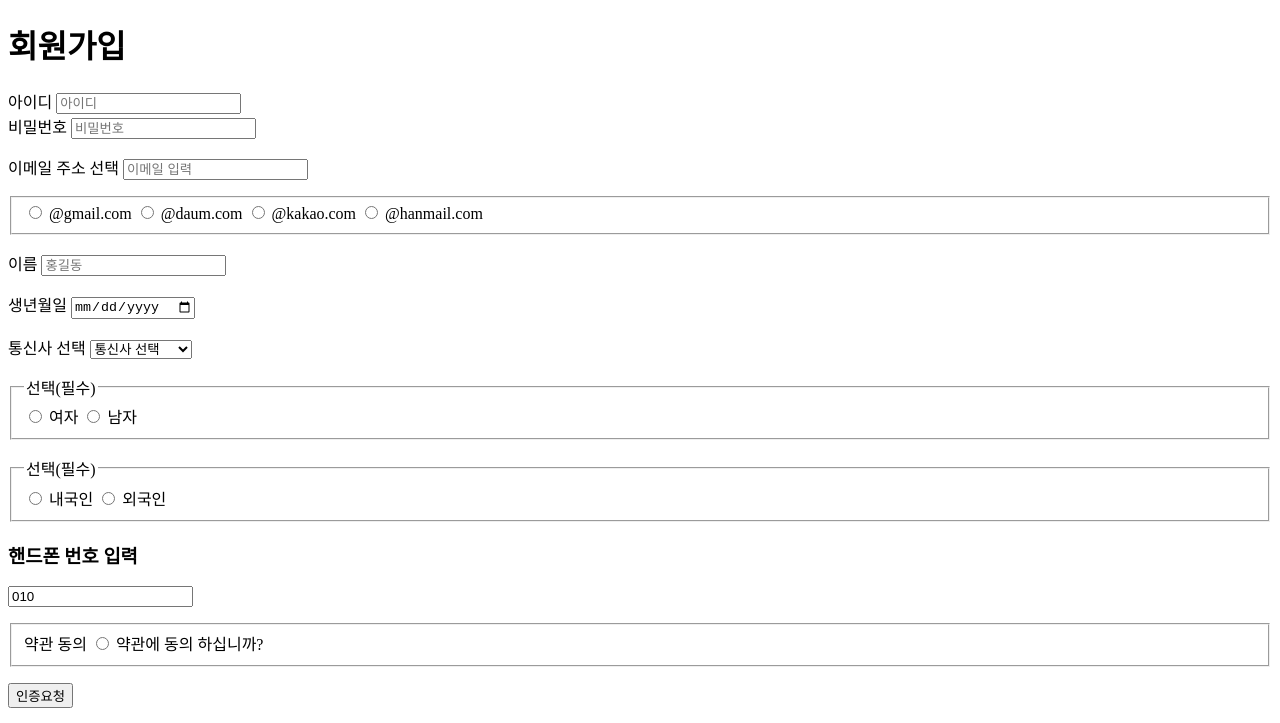
Repository: guswnsdldl/gb
Page: html workspace/h_form/src/main/webapp/join.html
An editor plug-in stored every save of this project. The page is shown before and after the next save, followed by the edit.
The browser window is 1280 px wide. The pictures show the whole page.

Above is the page before, as saved 2024-08-06 08:16:57.

### html workspace/h_form/src/main/webapp/join.html
<!DOCTYPE html>
<html>
<head>
<meta charset="UTF-8">
<title>join</title>
</head>
<body>
<h1>회원가입</h1>
<form>
<div> 아이디
<input type="text" name="user-id" placeholder="아이디" required><br>
비밀번호
<input type="password" name="user-password" placeholder="비밀번호">
</div>
<div> <p>이메일 주소 선택
<input type="text" name="user-email" placeholder="이메일 입력"><fieldset>
 <label><input type="radio" name="email" value="@gmail.com">
            @gmail.com</label>
  <label><input type="radio" name="email" value="@daum.com">
            @daum.com</label>
  <label><input type="radio" name="email" value="@kakao.com">
            @kakao.com</label>
  <label><input type="radio" name="email" value="@hanmail.com">
            @hanmail.com</label>
</fieldset>

</div>
<div>
<p>이름
<input type="text" name="user-name" placeholder="홍길동" required><br>
</div>
<div><p>
생년월일 <input type="date">
</div>

<div><p>
통신사 선택
<select name="select-telecom">
            <option value="" selected>통신사 선택</option>
            <option value="computer">KT</option>
            <option value="model">SKT</option>
            <option value="nurse">LG U+</option>
            <option value="music">KT 알뜰폰</option>
            <option value="mechanic">SKT 알뜰폰</option>
             <option value="mechanic">LG U+ 알뜰폰</option>
   </select>
</div>
<div>
<p><fieldset>
        <legend>선택(필수)</legend>
          <label> <input type="radio" name="gender" value="여자">
            여자
         </label><label> <input type="radio" name="gender" value="남자">
            남자
         </label>
      </fieldset>
</div>
<div>
<p><fieldset>
        <legend>선택(필수)</legend>
          <label> <input type="radio" name="from" value="korean">
            내국인
         </label><label> <input type="radio" name="from" value="foreigner">
            외국인
         </label>
      </fieldset>
</div>
<div>
<p><h3>핸드폰 번호 입력</h3>
<input type="tel" name="user-telephone" placeholder="전화번호" value="010" required>
</div>

<div><p>
 <fieldset>
 약관 동의
 <label> <input type="radio" name="agree" value="agree">
            약관에 동의 하십니까?</label>
</fieldset>
</div>
<div>
<p> <input type="button" value="인증요청" required>


</div>

</form>

</body>
</html>

After the next save:
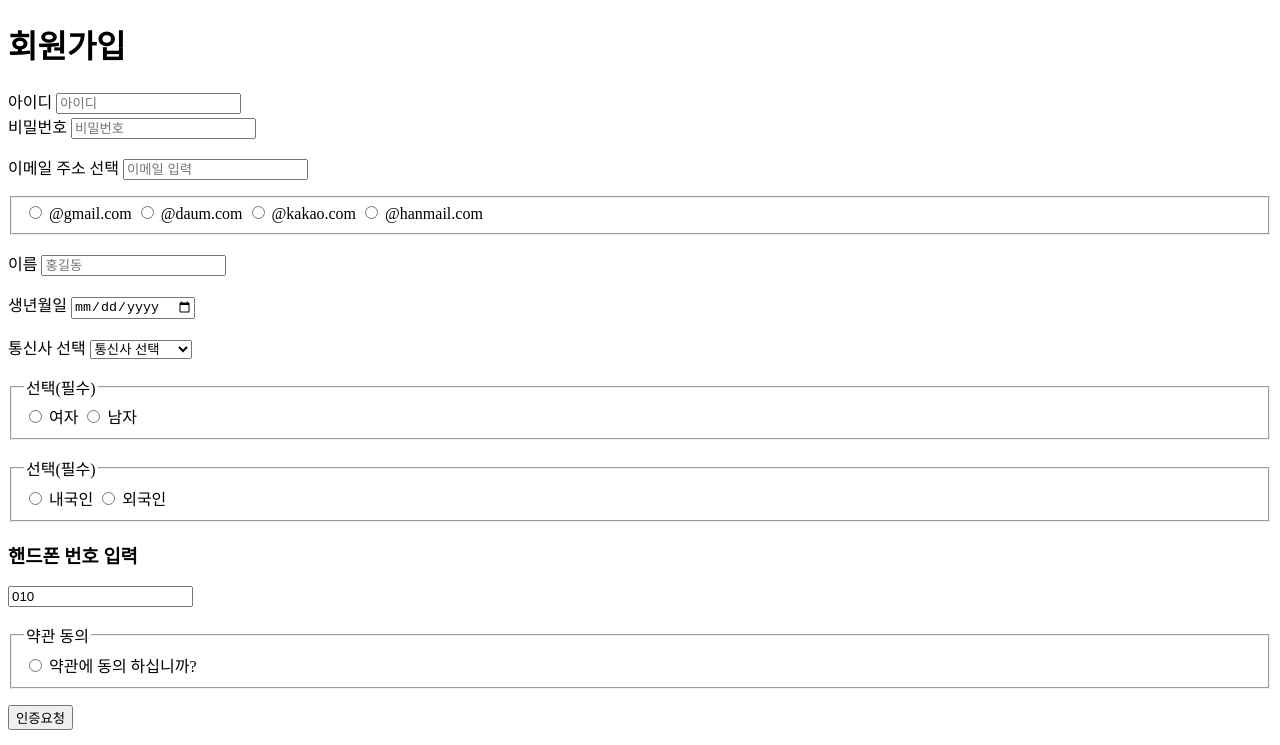
Saved 45 s later.
--- a/html workspace/h_form/src/main/webapp/join.html
+++ b/html workspace/h_form/src/main/webapp/join.html
@@ -72,7 +72,7 @@
 
 <div><p>
  <fieldset>
- 약관 동의
+<legend>약관 동의</legend>
  <label> <input type="radio" name="agree" value="agree">
             약관에 동의 하십니까?</label>
 </fieldset>
